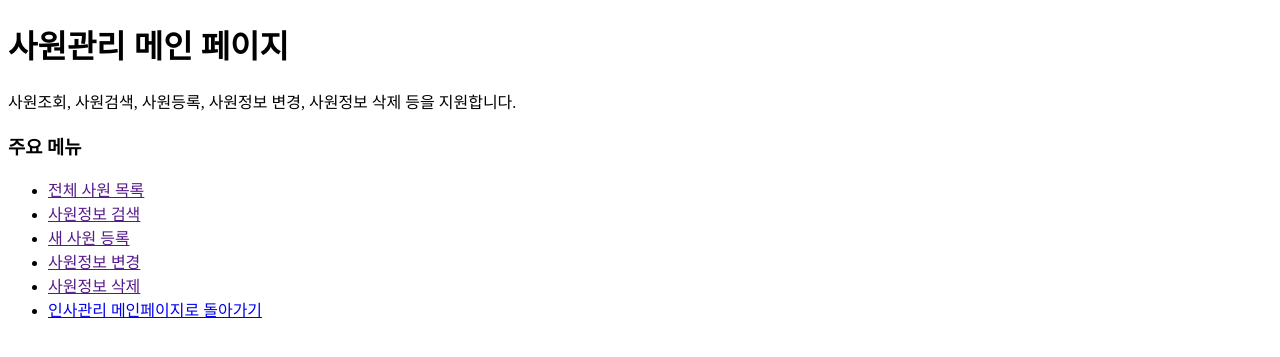
Repository: onuo77/HTA
Page: http://localhost/sample/hr/emp/main.jsp
These files come from the project's save history. The page is drawn as it stood at one moment and after the next save; the edit follows.
The browser window is 1280 px wide. The pictures show the whole page.
The page is served by Tomcat 9.

Above is the page before, as saved 2021-05-21 07:16:33.

After the next save:
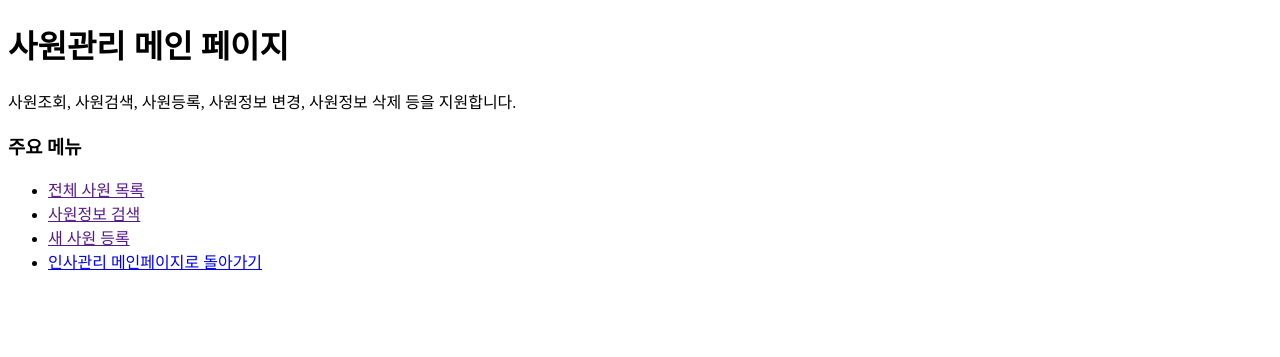
Saved 21 min 36 s later.
--- a/java-web/sample/src/main/webapp/hr/emp/main.jsp
+++ b/java-web/sample/src/main/webapp/hr/emp/main.jsp
@@ -15,8 +15,6 @@
 		<li><a href="">전체 사원 목록</a></li>
 		<li><a href="">사원정보 검색</a></li>
 		<li><a href="">새 사원 등록</a></li>
-		<li><a href="">사원정보 변경</a></li>
-		<li><a href="">사원정보 삭제</a></li>
 		<li><a href="../main.jsp">인사관리 메인페이지로 돌아가기</a></li>
 	</ul>
 </body>
